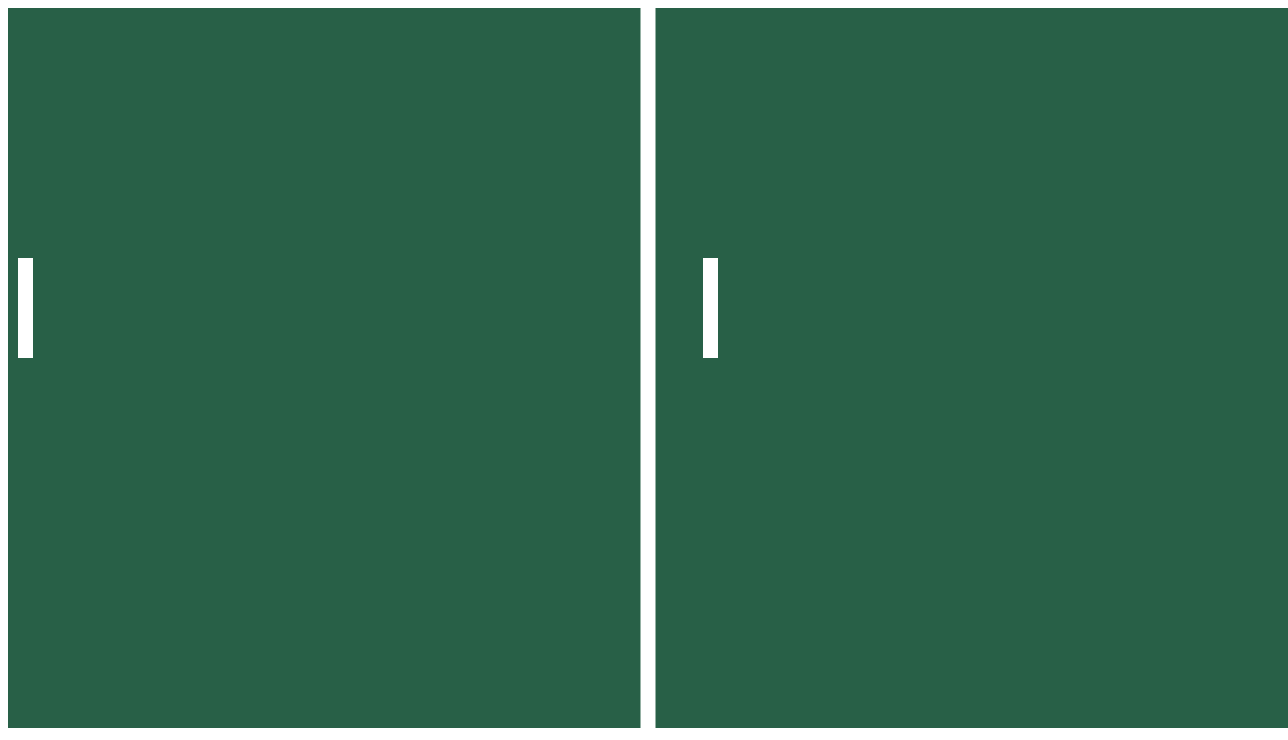
Repository: luizgaivaa/Game
Page: index.html
An editor plug-in stored every save of this project. The page is shown before and after a run of saves, followed by the edit.
The browser window is 1280 px wide. The page is 1288 px wide, so the pictures cover 1288 px, including what lies to the right of the window. The pictures show the whole page.

Above is the page before, as saved 2024-03-26 16:05:45.

### index.html
<!DOCTYPE html>
<html lang="en">
<head>
    <meta charset="UTF-8">
    <meta name="viewport" content="width=device-width, initial-scale=1.0">
    <title>Ping_pong</title>
</head>
<body>
    <canvas></canvas>
        <script>
               const canvasEl = document.querySelector("canvas")
        const canvasCtx = canvasEl.getContext("2d")

        const lineWidth = 15
        function setup(){
            canvasEl.width = canvasCtx.width = window.innerWidth
            canvasEl.height = canvasCtx.height = window.innerHeight
        }

        function draw (){
            canvasCtx.fillStyle = "#286047"
            canvasCtx.fillRect(0,0, window.innerWidth, window.innerHeight)

            canvasCtx.fillStyle = "#ffffff"
            const x= window.innerWidth /2 - lineWidth /2
            const y = 0
            const w = lineWidth
            const h = window.innerHeight

            canvasCtx.fillRect(x,y,w,h)
            //raquete esquerda
            canvasCtx.fillRect(10,250,lineWidth,100)

            //raquete direita
            canvasCtx.fillRect(window.innerHeight - lineWidth - 10, 250, lineWidth, 100)

        }
        setup()
        draw()
        </script>


</body>
</html>

After the next 3 saves:
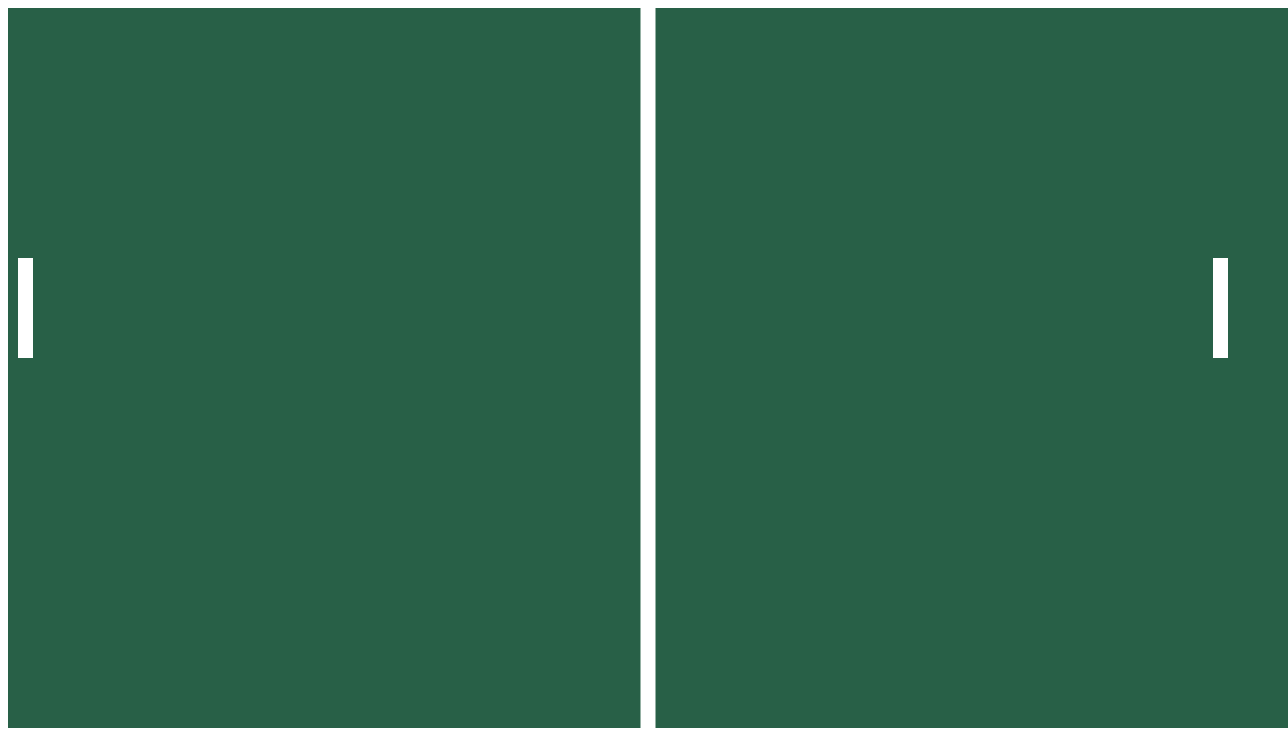
The 3 saves are shown as one change because they came seconds apart.
The last was saved 22 s later.
--- a/index.html
+++ b/index.html
@@ -32,7 +32,7 @@
             canvasCtx.fillRect(10,250,lineWidth,100)
 
             //raquete direita
-            canvasCtx.fillRect(window.innerHeight - lineWidth - 10, 250, lineWidth, 100)
+            canvasCtx.fillRect(window.innerHeight - lineWidth - -500, 250, lineWidth, 100)
 
         }
         setup()
